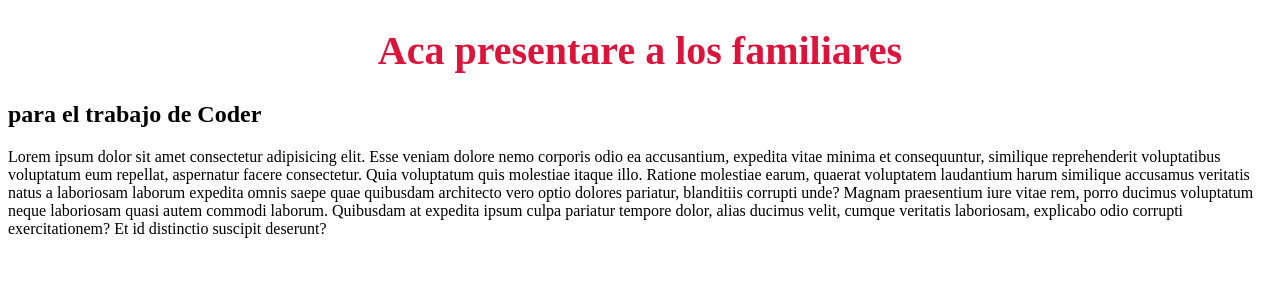
Repository: gadiazsaavedra/Familiares
Page: Familiares/Familiares/plantillas/template1.html
An editor plug-in stored every save of this project. The page is shown before and after the next save, followed by the edit.
The browser window is 1280 px wide. The pictures show the whole page.

Above is the page before, as saved 2021-12-07 16:37:06.

### Familiares/Familiares/plantillas/template1.html
<!DOCTYPE html>
<html lang="en">
<head>
    <meta charset="UTF-8">
    <meta http-equiv="X-UA-Compatible" content="IE=edge">
    <meta name="viewport" content="width=device-width, initial-scale=1.0">
    <title>Familia</title>
</head>
<body>
    <h1 style="color:crimson; text-align:center; font-size:40px">Aca presentare a los familiares</h1>
    <h2>para el trabajo de Coder</h2>
    <p>Lorem ipsum dolor sit amet consectetur adipisicing elit. Esse veniam dolore nemo corporis odio ea accusantium, expedita vitae minima et consequuntur, similique reprehenderit voluptatibus voluptatum eum repellat, aspernatur facere consectetur. Quia voluptatum quis molestiae itaque illo. Ratione molestiae earum, quaerat voluptatem laudantium harum similique accusamus veritatis natus a laboriosam laborum expedita omnis saepe quae quibusdam architecto vero optio dolores pariatur, blanditiis corrupti unde? Magnam praesentium iure vitae rem, porro ducimus voluptatum neque laboriosam quasi autem commodi laborum. Quibusdam at expedita ipsum culpa pariatur tempore dolor, alias ducimus velit, cumque veritatis laboriosam, explicabo odio corrupti exercitationem? Et id distinctio suscipit deserunt?</p>
</body>
</html>

After the next save:
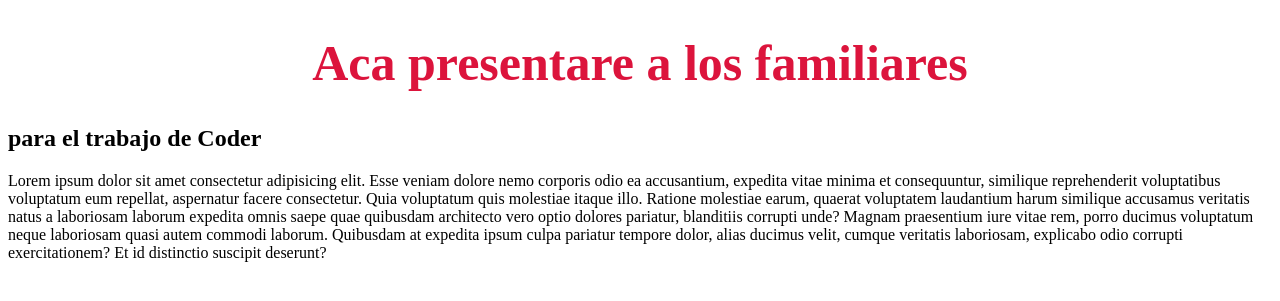
Saved 17 s later.
--- a/Familiares/Familiares/plantillas/template1.html
+++ b/Familiares/Familiares/plantillas/template1.html
@@ -7,7 +7,7 @@
     <title>Familia</title>
 </head>
 <body>
-    <h1 style="color:crimson; text-align:center; font-size:40px">Aca presentare a los familiares</h1>
+    <h1 style="color:crimson; text-align:center; font-size:50px">Aca presentare a los familiares</h1>
     <h2>para el trabajo de Coder</h2>
     <p>Lorem ipsum dolor sit amet consectetur adipisicing elit. Esse veniam dolore nemo corporis odio ea accusantium, expedita vitae minima et consequuntur, similique reprehenderit voluptatibus voluptatum eum repellat, aspernatur facere consectetur. Quia voluptatum quis molestiae itaque illo. Ratione molestiae earum, quaerat voluptatem laudantium harum similique accusamus veritatis natus a laboriosam laborum expedita omnis saepe quae quibusdam architecto vero optio dolores pariatur, blanditiis corrupti unde? Magnam praesentium iure vitae rem, porro ducimus voluptatum neque laboriosam quasi autem commodi laborum. Quibusdam at expedita ipsum culpa pariatur tempore dolor, alias ducimus velit, cumque veritatis laboriosam, explicabo odio corrupti exercitationem? Et id distinctio suscipit deserunt?</p>
 </body>
